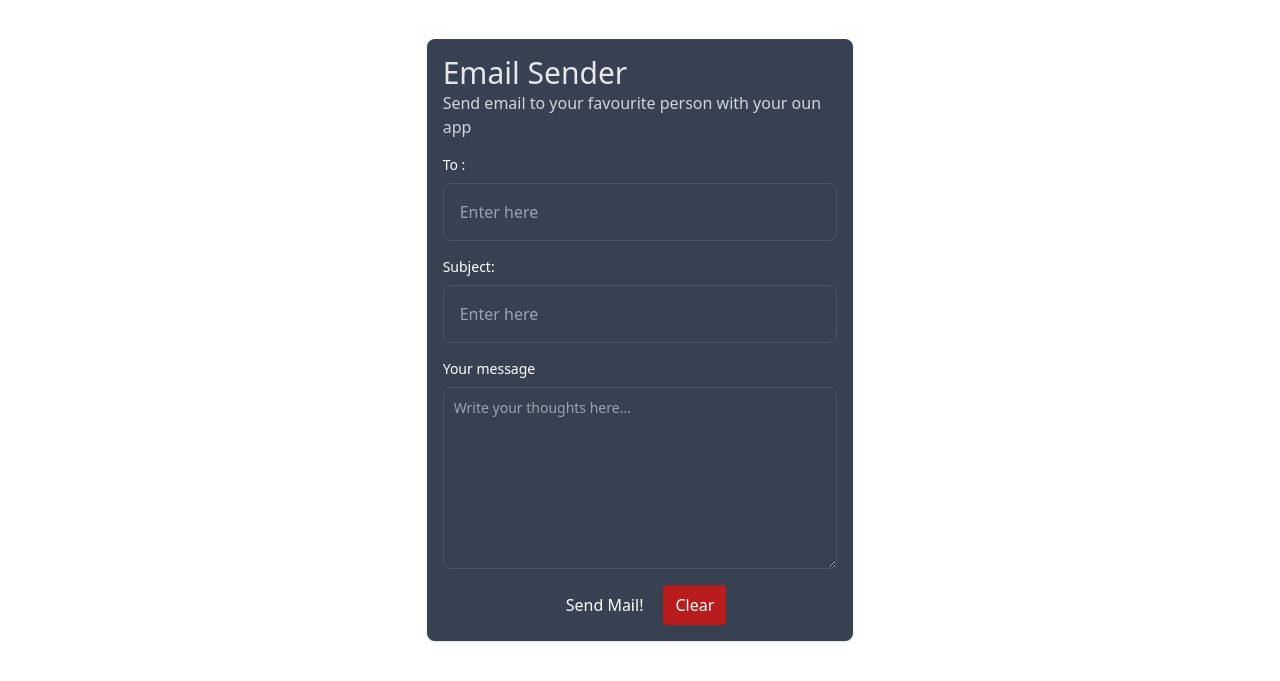
Repository: vikas-1234/EmailReactProject
Page: / (app in email-sender/)
These files come from the project's save history. The page is drawn as it stood at one moment and after the next save; the edit follows.
The browser window is 1280 px wide. The pictures show the whole page.
The project was rebuilt for these pictures with package versions that can differ from the ones it lists, and the page was loaded fresh each time. Also part of the build but not shown: email-sender/vite.config.js, email-sender/src/App.css.

Above is the page before, as saved 2024-04-21 12:22:15.

After the next save:
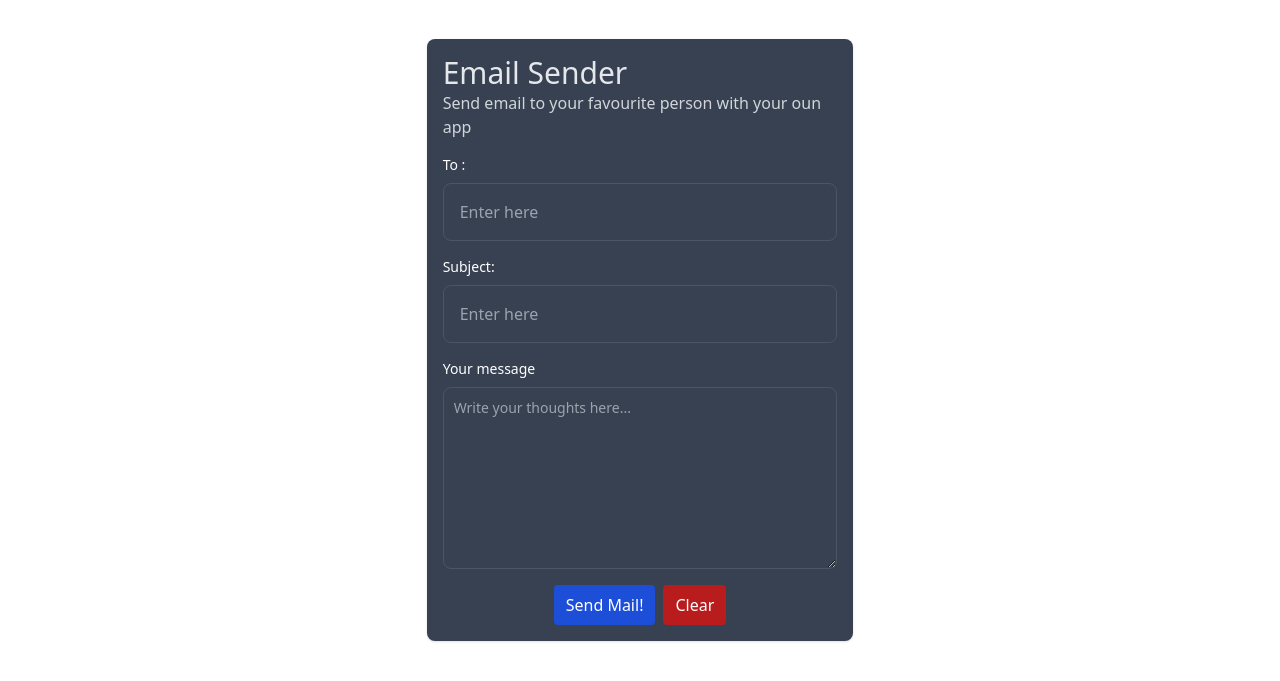
Saved 30 s later.
--- a/email-sender/src/components/EmailSender.jsx
+++ b/email-sender/src/components/EmailSender.jsx
@@ -144,7 +144,7 @@ function EmailSender() {
             <button
             disabled={sending}
               type="submit"
-              className="hover:bg-blue-900 text-white bg-blue-00 px-3 py-2 rounded"
+              className="hover:bg-blue-900 text-white bg-blue-700 px-3 py-2 rounded"
             >
               Send Mail!
             </button>
